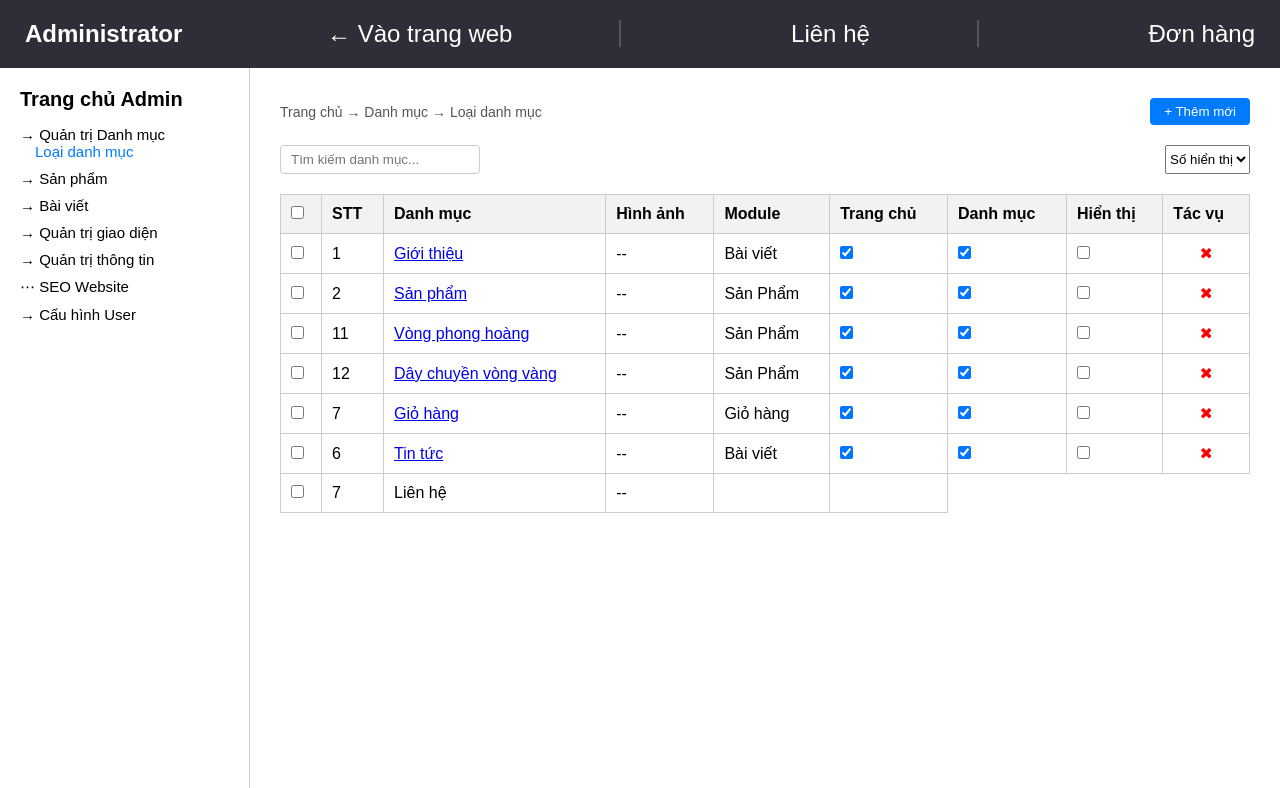
Repository: TranTanDat0606/Du-An-1
Page: Admin]/admin.html
An editor plug-in stored every save of this project. The page is shown before and after a run of saves, followed by the edit.
The browser window is 1280 px wide. The pictures show the whole page.

Above is the page before, as saved 2025-07-30 15:18:54.

### Admin]/admin.html
<!DOCTYPE html>
<html lang="vi">
<head>
    <meta charset="UTF-8" />
    <meta name="viewport" content="width=device-width, initial-scale=1.0"/>
    <title>Quản lý danh mục</title>
    <link rel="stylesheet" href="admin.css" />
</head>
<body>
    <header class="topbar">
    <div class="topbar-left">Administrator</div>
    <div class="topbar-right">
    <a href="#">← Vào trang web</a>
    <a href="#">Liên hệ</a>
    <a href="#">Đơn hàng</a></div>
</header>
    <div class="admin-container">
    <aside class="sidebar">
    <h2>Trang chủ Admin</h2>
    <ul>
        <li>→ Quản trị Danh mục
    <ul class="submenu">
            <li><a href="#">Loại danh mục</a></li>
    </ul>
        </li>
        <li>→ Sản phẩm</li>
        <li>→ Bài viết</li>
        <li>→ Quản trị giao diện</li>
        <li>→ Quản trị thông tin</li>
        <li>⋯ SEO Website</li>
        <li>→ Cấu hình User</li>
    </ul>
    </aside>
    <main class="main-content">
    <div class="header-bar">
        <span class="breadcrumbs">Trang chủ → Danh mục → Loại danh mục</span>
        <button class="btn-new">+ Thêm mới</button>
    </div>

    <div class="table-toolbar">
        <input type="text" class="search-input" placeholder="Tìm kiếm danh mục..." />
        <select>
    <option>Số hiển thị</option>
        </select>
    </div>
    <table>
        <thead>
    <tr>
            <th><input type="checkbox" /></th>
            <th>STT</th>
            <th>Danh mục</th>
            <th>Hình ảnh</th>
            <th>Module</th>
            <th>Trang chủ</th>
            <th>Danh mục</th>
            <th>Hiển thị</th>
            <th>Tác vụ</th>
    </tr>
        </thead>
        <tbody>
    <tr>
            <td><input type="checkbox" /></td>
            <td>1</td>
            <td><a href="#">Giới thiệu</a></td>
            <td>--</td>
            <td>Bài viết</td>
            <td><input type="checkbox" checked /></td>
            <td><input type="checkbox" checked /></td>
            <td><input type="checkbox" /></td>
            <td class="text-danger">✖</td>
    </tr>
    <tr>
            <td><input type="checkbox" /></td>
            <td>2</td>
            <td><a href="#">Sản phẩm</a></td>
            <td>--</td>
            <td>Sản Phẩm</td>
            <td><input type="checkbox" checked /></td>
            <td><input type="checkbox" checked /></td>
            <td><input type="checkbox" /></td>
            <td class="text-danger">✖</td>
    </tr>
    <tr>
        <td><input type="checkbox" /></td>
        <td>11</td>
        <td><a href="#">Vòng phong hoàng</a></td>
        <td>--</td>
        <td>Sản Phẩm</td>
        <td><input type="checkbox" checked /></td>
        <td><input type="checkbox" checked /></td>
        <td><input type="checkbox" /></td>
        <td class="text-danger">✖</td>
    </tr>
    <tr>
        <td><input type="checkbox" /></td>
        <td>12</td>
        <td><a href="#">Dây chuyền vòng vàng</a></td>
        <td>--</td>
        <td>Sản Phẩm</td>
        <td><input type="checkbox" checked /></td>
        <td><input type="checkbox" checked /></td>
        <td><input type="checkbox" /></td>
        <td class="text-danger">✖</td>
    </tr>
    <tr>
        <td><input type="checkbox" /></td>
        <td>7</td>
        <td><a href="#">Giỏ hàng</a></td>
        <td>--</td>
        <td>Giỏ hàng</td>
        <td><input type="checkbox" checked /></td>
        <td><input type="checkbox" checked /></td>
        <td><input type="checkbox" /></td>
        <td class="text-danger">✖</td>
    </tr>
    <tr>
        <td><input type="checkbox" /></td>
        <td>6</td>
        <td><a href="#">Tin tức</a></td>
        <td>--</td>
        <td>Bài viết</td>
        <td><input type="checkbox" checked /></td>
        <td><input type="checkbox" checked /></td>
        <td><input type="checkbox" /></td>
        <td class="text-danger">✖</td>
    </tr>
    <tr>
        <td><input type="checkbox" name="" id=""></td>
        <td>7</td>
        <td>Liên hệ</td>
        <td>--</td>
        <td></td>
        <td></td>
    </tr>
        </tbody>
    </table>
    </main>
    </div>
</body>
</html>

### Admin]/admin.css
* {
    margin: 0;
    padding: 0;
    box-sizing: border-box;
    font-family: sans-serif;
}
/* header */
/* Topbar admin */
.topbar {
    background-color: #2f2e38;
    color: white;
    display: flex;
    justify-content: space-between;
    align-items: center;
    padding: 20px 25px;
    font-size: 24px;
}

.topbar-left {
    font-weight: bold;
}

.topbar-right a {
    color: white;
    text-decoration: none;
    margin-left: 100px;
    border-left: 2px solid #555;
    padding-left: 170px
}

.topbar-right a:first-child {
    border-left: none;
    padding-left: 0;
}
body {
    background: #f5f5f5;
}

.admin-container {
    display: flex;
    height: 100vh;
}

/* Sidebar */
.sidebar {
    width: 250px;
    background: #fff;
    border-right: 1px solid #ccc;
    padding: 20px;
}

.sidebar h2 {
    margin-bottom: 15px;
    font-size: 20px;
}

.sidebar ul {
    list-style: none;
}

.sidebar li {
    margin-bottom: 10px;
    font-size: 15px;
}

.sidebar .submenu {
    margin-left: 15px;
}

.sidebar a {
    color: #007bff;
    text-decoration: none;
}

/* Main Content */
.main-content {
    flex: 1;
    padding: 30px;
    background: #fff;
}

.header-bar {
    display: flex;
    justify-content: space-between;
    align-items: center;
}

.breadcrumbs {
    color: #555;
    font-size: 14px;
}

.btn-new {
    background: #007bff;
    color: #fff;
    border: none;
    padding: 6px 14px;
    border-radius: 4px;
    cursor: pointer;
}

.table-toolbar {
    margin: 20px 0;
    display: flex;
    justify-content: space-between;
}

.search-input {
    padding: 6px 10px;
    width: 200px;
    border: 1px solid #ccc;
    border-radius: 4px;
}

table {
    width: 100%;
    border-collapse: collapse;
    background: #fff;
}

table th,
table td {
    border: 1px solid #ccc;
    padding: 10px;
    text-align: left;
}

table th {
    background: #f2f2f2;
}

.text-danger {
    color: red;
    text-align: center;
}

After the next 2 saves:
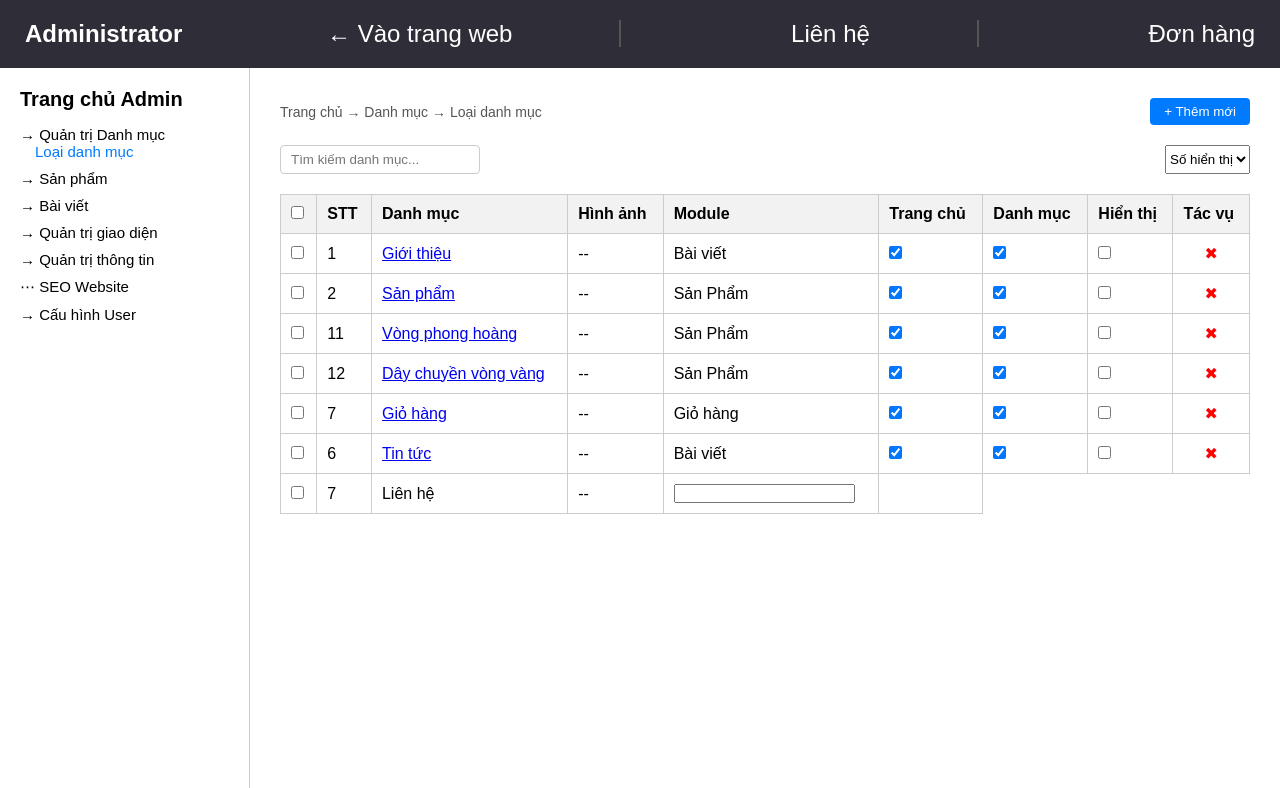
The 2 saves are shown as one change because they came seconds apart.
The last was saved 15 s later.
--- a/Admin]/admin.html
+++ b/Admin]/admin.html
@@ -129,7 +129,7 @@
         <td>7</td>
         <td>Liên hệ</td>
         <td>--</td>
-        <td></td>
+        <td><input type="text"></td>
         <td></td>
     </tr>
         </tbody>

After the save that followed:
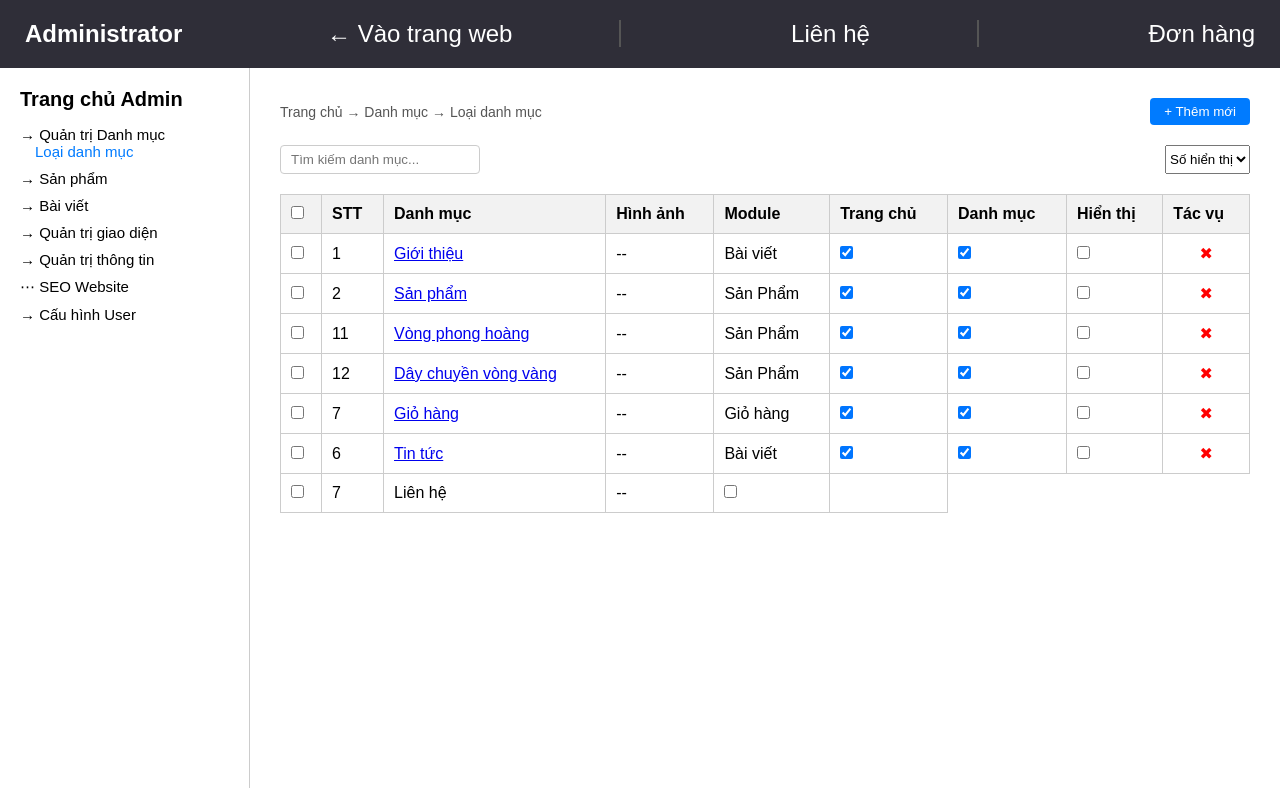
Saved 5 s later.
--- a/Admin]/admin.html
+++ b/Admin]/admin.html
@@ -129,7 +129,7 @@
         <td>7</td>
         <td>Liên hệ</td>
         <td>--</td>
-        <td><input type="text"></td>
+        <td><input type="checkbox"></td>
         <td></td>
     </tr>
         </tbody>
